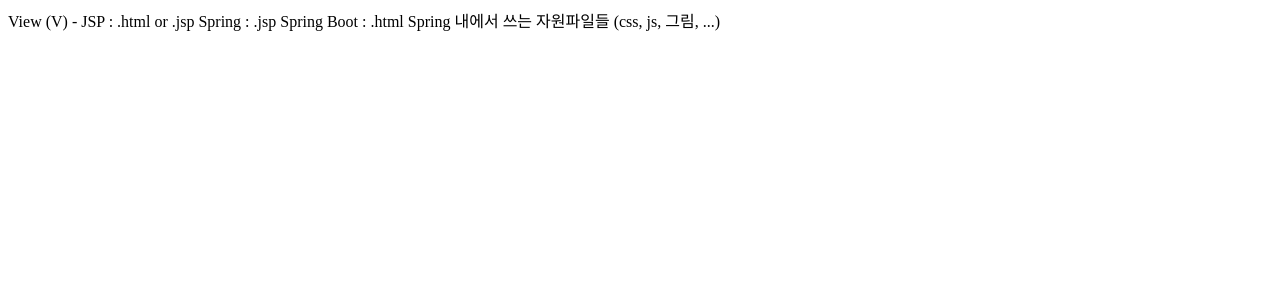
Repository: moondolph/SKKU_IT_Education
Page: http://localhost/Sep30_2_SpringMVC/WEB-INF/views/index.jsp
An editor plug-in stored every save of this project. The page is shown before and after the next save, followed by the edit.
The browser window is 1280 px wide. The pictures show the whole page.
The page is served by Tomcat 9. Nobody is signed in. Other server files are loaded and not shown. The template is opened directly, without the code that normally fills it, so the values that code supplies are empty.

Above is the page before, as saved 2022-09-30 01:47:12.

### Sep30_2_SpringMVC/src/main/webapp/WEB-INF/views/index.jsp
<%@ page language="java" contentType="text/html; charset=UTF-8"
    pageEncoding="UTF-8"%>
<!DOCTYPE html>
<html>
<head>
<meta charset="UTF-8">
<title>Insert title here</title>
</head>
<body>
	View (V) -
		JSP : .html or .jsp
		Spring : .jsp
		Spring Boot : .html

		Spring 내에서 쓰는 자원파일들 (css, js, 그림, ...)

</body>
</html>

After the next save:
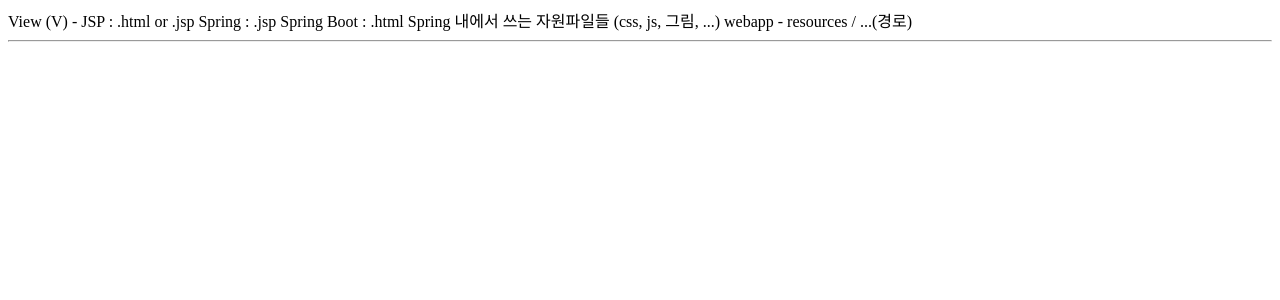
Saved 51 s later.
--- a/Sep30_2_SpringMVC/src/main/webapp/WEB-INF/views/index.jsp
+++ b/Sep30_2_SpringMVC/src/main/webapp/WEB-INF/views/index.jsp
@@ -13,6 +13,7 @@
 		Spring Boot : .html
 
 		Spring 내에서 쓰는 자원파일들 (css, js, 그림, ...)
-
+			webapp - resources / ...(경로)
+	<hr>
 </body>
 </html>
